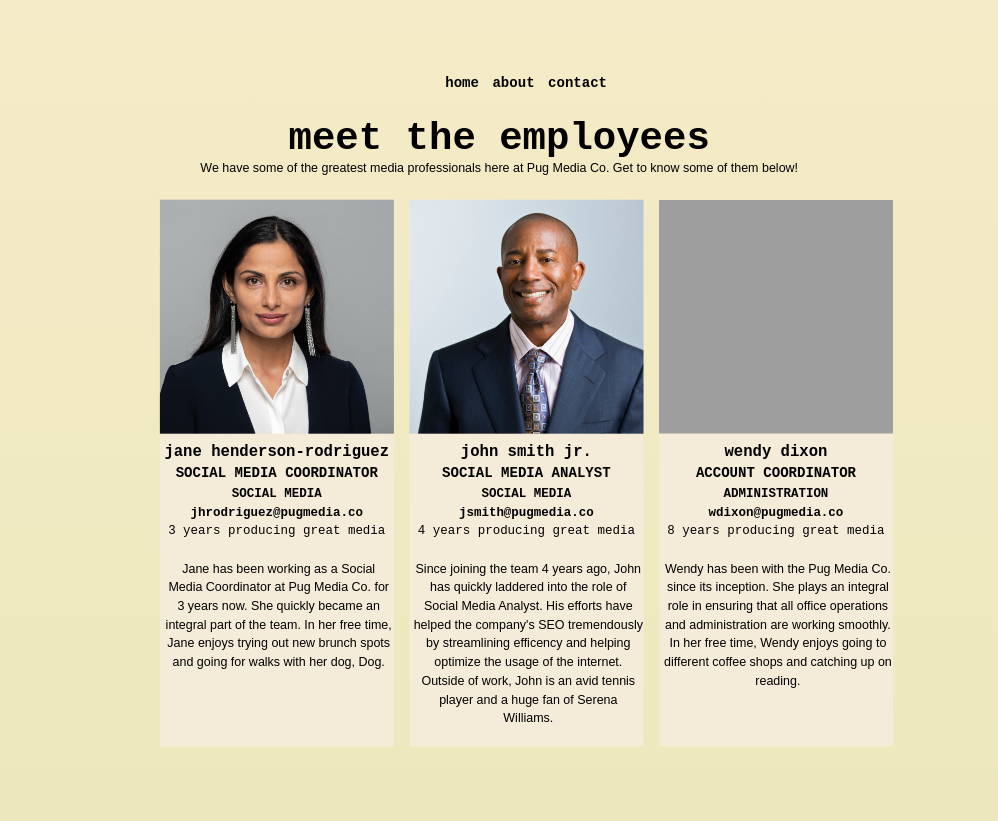
Repository: cheungglenda/MDIA2109-Week3
Page: /about
An editor plug-in stored every save of this project. The page is shown before and after the next save, followed by the edit.
The browser window is 1280 px wide. The pictures show the whole page, at 78% of full size.
Pictures or frames that could not be fetched are drawn as grey boxes. The project was rebuilt for these pictures with package versions that can differ from the ones it lists, and the page was loaded fresh each time. The framework's server and built-in components were replaced by stand-ins that run in the browser. Also part of the build but not shown: next.config.js.

Above is the page before, as saved 2023-01-20 13:12:41.

### pages/about.js
import Head from 'next/head'
import { Inter } from '@next/font/google'
import styles from '@/styles/Home.module.css'
import aboutData from '../data/about.json'
import { useState } from 'react'
import EmployeeCard  from '../components/EmployeeCard'
import Link from 'next/link'

export default function About() {

    const [aboutEmployees, setAboutEmployees] = useState([...aboutData])
    console.log(aboutData)
    return (
   <>
      <Head>
        <title>Meet the Employees</title>
        <meta name="description" content="Meet the Employees" />
        <meta name="viewport" content="width=device-width, initial-scale=1" />
        <link rel="icon" href="/favicon.ico" />
      </Head>
      <main className={styles.main}>
        <div className={styles.buttons}>
      <Link href="/" className={styles.links}>Home</Link>
      <Link href="/about" className={styles.links}>About</Link>
      <Link href="/" className={styles.links}>Contact</Link>
      </div>

      <div className={styles.meetTitle}>Meet the Employees</div>
      <div className={styles.titleDesc}>We have some of the greatest media professionals here at Pug Media Co. Get to know some of them below!</div>

        <div className={styles.grid}>
          <div className={styles.employees}>
          {aboutEmployees && aboutEmployees.map((info, index) => {
            if(info.firstName.toLowerCase() === "jane") {
            return (
              <EmployeeCard
              key={index}
              firstname={info.firstName}
              lastname={info.lastName}
              jobtitle={info.jobTitle}
              department={info.department}
              contact={info.contact}
              yearsworked={info.yearsWorked}
              description={info.description}
              color="#F4EBD9" font="16px"/>
            )
          }
          })}

          {aboutEmployees && aboutEmployees.map((info, index) => {
            if(info.firstName.toLowerCase() === "john") {
            return (
              <EmployeeCard
              key={index}
              firstname={info.firstName}
              lastname={info.lastName}
              jobtitle={info.jobTitle}
              department={info.department}
              contact={info.contact}
              yearsworked={info.yearsWorked}
              description={info.description}
              color="#F4EBD9" font="16px"/>
            )
          }
          })}

          {aboutEmployees && aboutEmployees.map((info, index) => {
            if(info.firstName.toLowerCase() === "wendy") {
            return (
              <EmployeeCard
              key={index}
              firstname={info.firstName}
              lastname={info.lastName}
              jobtitle={info.jobTitle}
              department={info.department}
              contact={info.contact}
              yearsworked={info.yearsWorked}
              description={info.description}
              color="#F4EBD9" font="16px"/>
            )
          }
          })}
          </div>
        </div>
      </main>
    </>
  )
}

### styles/Home.module.css
.main {
  display: flex;
  flex-direction: column;
  justify-content: space-between;
  align-items: center;
  padding: 6rem;
  font-family:arial;
  min-height: 100vh;
  background-image: linear-gradient(rgb(245, 235, 200), rgb(236, 232, 188));

}

.buttons {
  display: flex;
  flex-direction:row;
  justify-content: space-evenly;
  margin-bottom:3%;
}

.links:hover {
  text-decoration:underline;
}

.links {
  font-size: 18px;
  max-width: var(--max-width);
  width: 100%;
  font-weight:900;
  font-family: 'Courier New', Courier, monospace;
  text-transform:lowercase;
  padding-left:10%;
}

.description {
  display: inherit;
  justify-content: inherit;
  align-items: inherit;
  font-size: 15px;
  max-width: var(--max-width);
  width: 100%;
  font-family: var(--font-mono);
}

.description a {
  display: flex;
  justify-content: center;
  align-items: center;
  gap: 0.5rem;
}

.description p {
  position: relative;
  margin: 0;
  padding: 1rem;
  background-color: rgba(var(--callout-rgb), 0.5);
  border: 1px solid rgba(var(--callout-border-rgb), 0.3);
  border-radius: var(--border-radius);
}

.code {
  font-weight: 700;
  font-family: var(--font-mono);
}

.meetTitle {
  font-size: 50px;
  font-weight:700;
  text-transform:lowercase;
  font-family:'Courier New', Courier, monospace;
  text-align:center;
}

.grid {
  display: flex;
  justify-content:center;
  width: var(--max-width);
  max-width: 100%;
  align-items:center;
  flex: 1;
}

.card {
  padding: 1rem 1.2rem;
  border-radius: var(--border-radius);
  background: rgba(var(--card-rgb), 0);
  border: 1px solid rgba(var(--card-border-rgb), 0);
  transition: background 200ms, border 200ms;
}

.card span {
  display: inline-block;
  transition: transform 200ms;
}

.info {
  font-family:Arial, Helvetica, sans-serif;
}

.card h2 {
  font-weight: 600;
  margin-bottom: 0.7rem;
}

.card p {
  margin: 0;
  opacity: 0.6;
  font-size: 0.9rem;
  line-height: 1.5;
  max-width: 30ch;
}


.employees {
  display:flex;
  gap:20px;
  width: 80%;
  text-align:center;
  font-family:'Courier New', Courier, monospace;
}

.titleDesc {
  font-size:16px;
  margin-bottom:3%;
}

.center {
  display: flex;
  justify-content: center;
  align-items: center;
  position: relative;
  padding: 4rem 0;
}

.center::before {
  background: var(--secondary-glow);
  border-radius: 50%;
  width: 480px;
  height: 360px;
  margin-left: -400px;
}

.center::after {
  background: var(--primary-glow);
  width: 240px;
  height: 180px;
  z-index: -1;
}

.center::before,
.center::after {
  content: '';
  left: 50%;
  position: absolute;
  filter: blur(45px);
  transform: translateZ(0);
}

.logo,
.thirteen {
  position: relative;
}

.thirteen {
  display: flex;
  justify-content: center;
  align-items: center;
  width: 75px;
  height: 75px;
  padding: 25px 10px;
  margin-left: 16px;
  transform: translateZ(0);
  border-radius: var(--border-radius);
  overflow: hidden;
  box-shadow: 0px 2px 8px -1px #0000001a;
}

.thirteen::before,
.thirteen::after {
  content: '';
  position: absolute;
  z-index: -1;
}

/* Conic Gradient Animation */
.thirteen::before {
  animation: 6s rotate linear infinite;
  width: 200%;
  height: 200%;
  background: var(--tile-border);
}

/* Inner Square */
.thirteen::after {
  inset: 0;
  padding: 1px;
  border-radius: var(--border-radius);
  background: linear-gradient(
    to bottom right,
    rgba(var(--tile-start-rgb), 1),
    rgba(var(--tile-end-rgb), 1)
  );
  background-clip: content-box;
}

/* Enable hover only on non-touch devices */
@media (hover: hover) and (pointer: fine) {
  .card:hover {
    background: rgba(var(--card-rgb), 0.1);
    border: 1px solid rgba(var(--card-border-rgb), 0.15);
  }

  .card:hover span {
    transform: translateX(4px);
  }
}

@media (prefers-reduced-motion) {
  .thirteen::before {
    animation: none;
  }

  .card:hover span {
    transform: none;
  }
}

/* Mobile */
@media (max-width: 700px) {
  .content {
    padding: 4rem;
  }

  .grid {
    grid-template-columns: 1fr;
    margin-bottom: 120px;
    max-width: 320px;
    text-align: center;
  }

  .card {
    padding: 1rem 2.5rem;
  }

  .card h2 {
    margin-bottom: 0.5rem;
  }

  .center {
    padding: 8rem 0 6rem;
  }

  .center::before {
    transform: none;
    height: 300px;
  }

  .description {
    font-size: 0.8rem;
  }

  .description a {
    padding: 1rem;
  }

  .description p,
  .description div {
    display: flex;
    justify-content: center;
    position: fixed;
    width: 100%;
  }

  .description p {
    align-items: center;
    inset: 0 0 auto;
    padding: 2rem 1rem 1.4rem;
    border-radius: 0;
    border: none;
    border-bottom: 1px solid rgba(var(--callout-border-rgb), 0.25);
    background: linear-gradient(
      to bottom,
      rgba(var(--background-start-rgb), 1),
      rgba(var(--callout-rgb), 0.5)
    );
    background-clip: padding-box;
    backdrop-filter: blur(24px);
  }

  .description div {
    align-items: flex-end;
    pointer-events: none;
    inset: auto 0 0;
    padding: 2rem;
    height: 200px;
    background: linear-gradient(
      to bottom,
      transparent 0%,
      rgb(var(--background-end-rgb)) 40%
    );
    z-index: 1;
  }
}

/* Tablet and Smaller Desktop */
@media (min-width: 701px) and (max-width: 1120px) {
  .grid {
    grid-template-columns: repeat(2, 50%);
  }
}

@media (prefers-color-scheme: dark) {
  .vercelLogo {
    filter: invert(1);
  }

  .logo,
  .thirteen img {
    filter: invert(1) drop-shadow(0 0 0.3rem #ffffff70);
  }
}

@keyframes rotate {
  from {
    transform: rotate(360deg);
  }
  to {
    transform: rotate(0deg);
  }
}

### data/about.json
[
    {
        "firstName": "Jane",
        "lastName": "Henderson-Rodriguez",
        "department": "Social Media",
        "jobTitle": "Social Media Coordinator",
        "contact": "jhrodriguez@pugmedia.co",
        "yearsWorked": 3,
        "description": "Jane has been working as a Social Media Coordinator at Pug Media Co. for 3 years now. She quickly became an integral part of the team. In her free time, Jane enjoys trying out new brunch spots and going for walks with her dog, Dog."

    },
    {
        "firstName": "John",
        "lastName": "Smith jr.",
        "department": "Social Media",
        "jobTitle": "Social Media Analyst",
        "contact": "jsmith@pugmedia.co",
        "yearsWorked": 4,
        "description": "Since joining the team 4 years ago, John has quickly laddered into the role of Social Media Analyst. His efforts have helped the company's SEO tremendously by streamlining efficency and helping optimize the usage of the internet. Outside of work, John is an avid tennis player and a huge fan of Serena Williams."

    },
    {
        "firstName": "Wendy",
        "lastName": "Dixon",
        "department": "Administration",
        "jobTitle": "Account Coordinator",
        "contact": "wdixon@pugmedia.co",
        "yearsWorked": 8,
        "description": "Wendy has been with the Pug Media Co. since its inception. She plays an integral role in ensuring that all office operations and administration are working smoothly. In her free time, Wendy enjoys going to different coffee shops and catching up on reading."

    }
]

### components/EmployeeCard/index.js
export default function EmployeeCard({
    firstname = "none",
    lastname = "none",
    department = "none",
    jobtitle = "none",
    yearsworked = 0,
    description = "none",
    contact = "none",
    color = "pink",
    font = "O",
    image = "icon/personTwo.png"
}) {
    return (
        <div style={{backgroundColor: color, fontSize: 16, lineHeight:1.5}}>
            {
                firstname === "Jane" ? <img style={{objectFit: "cover"}} src={'headshots/photo3.jpeg'} width="300" height="300"/> :
                firstname === "John" ? <img style={{objectFit: "cover"}} src={'headshots/photo1.jpeg'} width="300" height="300"/> :
                firstname === "Wendy" ? <img style={{objectFit: "cover"}} src={'headshots/photo2.jpeg'} width="300" height="300"/> :
                <img src={image} width="300"/>
            }

            <h1 style={{textTransform: "lowercase", fontSize: 20}}>{firstname} {lastname}</h1>
            <h1 style={{textTransform: "lowercase", fontSize: 20}}></h1>
            <h2 style={{fontFamily:"'Courier New', Courier, monospace", textTransform: "uppercase", fontSize: 18}}>{jobtitle}</h2>
            <h3 style={{fontFamily:"'Courier New', Courier, monospace", textTransform: "uppercase", fontSize: 16, fontweight:200}}>{department}</h3>
            <h3 style={{fontFamily:"'Courier New', Courier, monospace", textTransform: "lowercase", fontSize: 16, fontweight:500}}>{contact}</h3>
            <h4 style={{textTransform:"lowercase", fontSize:16, fontWeight:100}}>{yearsworked} years producing great media</h4><br></br>
            <p style={{fontFamily: "Arial, Helvetica, sans-serif", marginLeft:"5px"}}>{description}</p><br></br>
        </div>
    )
}

Loaded but not shown: pages/_app.js (common file); pages/_document.js (common file); pages/api/hello.js (common file); styles/globals.css (common file)

After the next save:
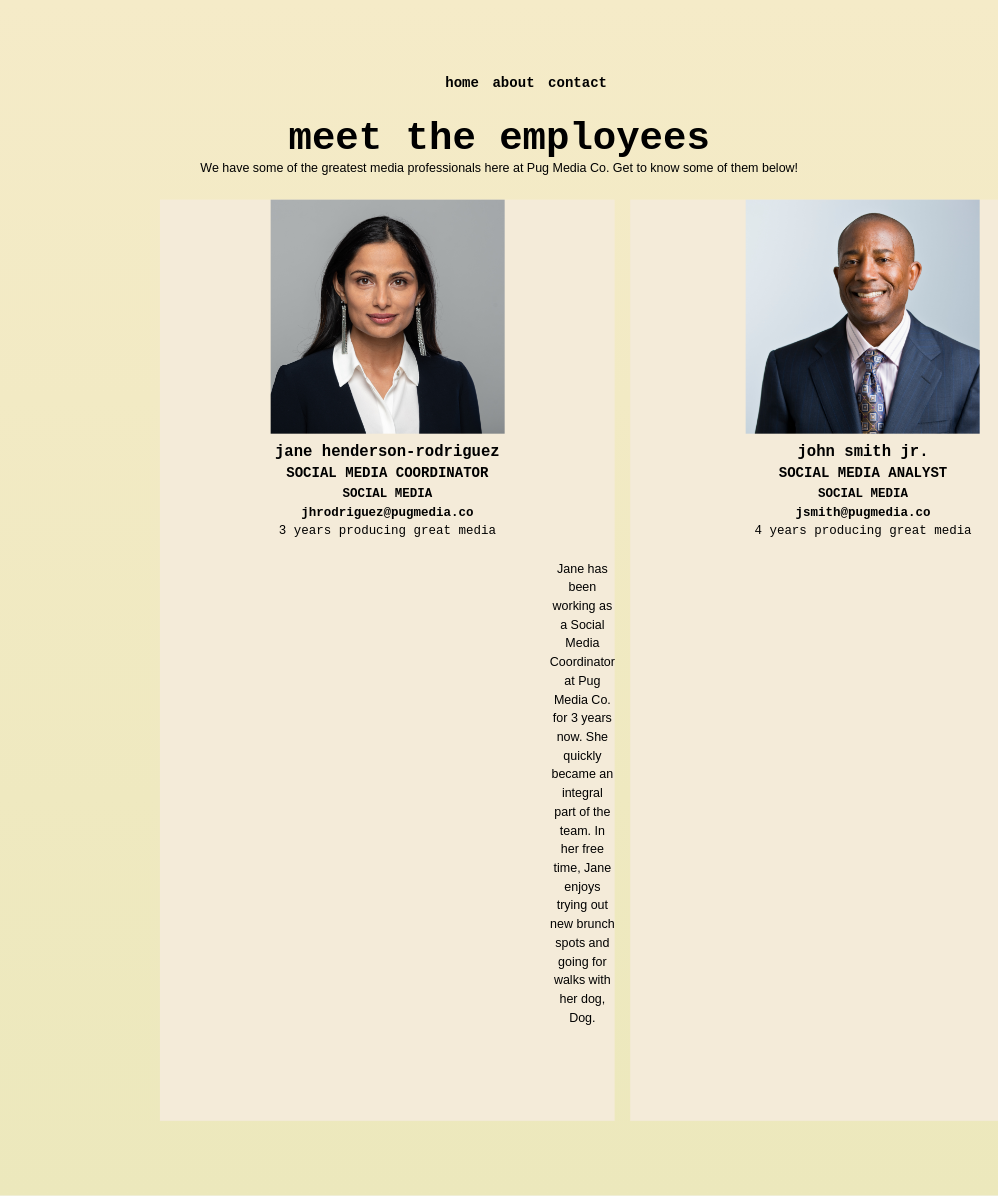
Saved 8 s later.
--- a/components/EmployeeCard/index.js
+++ b/components/EmployeeCard/index.js
@@ -25,7 +25,7 @@ export default function EmployeeCard({
             <h3 style={{fontFamily:"'Courier New', Courier, monospace", textTransform: "uppercase", fontSize: 16, fontweight:200}}>{department}</h3>
             <h3 style={{fontFamily:"'Courier New', Courier, monospace", textTransform: "lowercase", fontSize: 16, fontweight:500}}>{contact}</h3>
             <h4 style={{textTransform:"lowercase", fontSize:16, fontWeight:100}}>{yearsworked} years producing great media</h4><br></br>
-            <p style={{fontFamily: "Arial, Helvetica, sans-serif", marginLeft:"5px"}}>{description}</p><br></br>
+            <p style={{fontFamily: "Arial, Helvetica, sans-serif", marginLeft:"500px"}}>{description}</p><br></br>
         </div>
     )
 }
